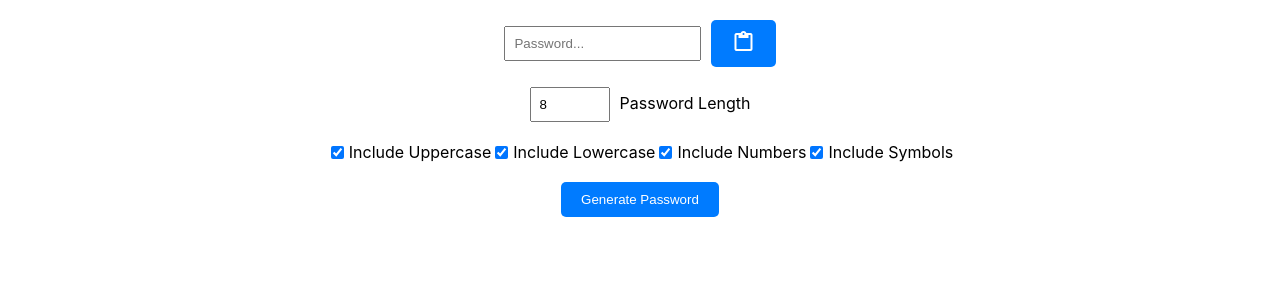
Repository: sriram1224/pass-generator
Page: /
An editor plug-in stored every save of this project. The page is shown before and after the next save, followed by the edit.
The browser window is 1280 px wide. The pictures show the whole page.
The project was rebuilt for these pictures with package versions that can differ from the ones it lists, and the page was loaded fresh each time.

Above is the page before, as saved 2024-03-21 20:10:23.

After the next save:
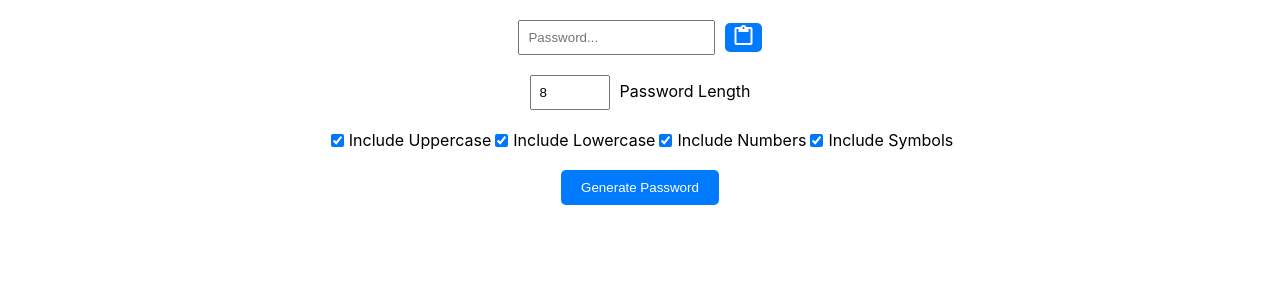
Saved 8 s later.
--- a/src/App.css
+++ b/src/App.css
@@ -52,7 +52,7 @@
   margin-bottom: 20px;
 }
 .copy{
-  padding: 10px 20px;
+
   background-color: #007bff;
   color: #fff;
   border: none;
